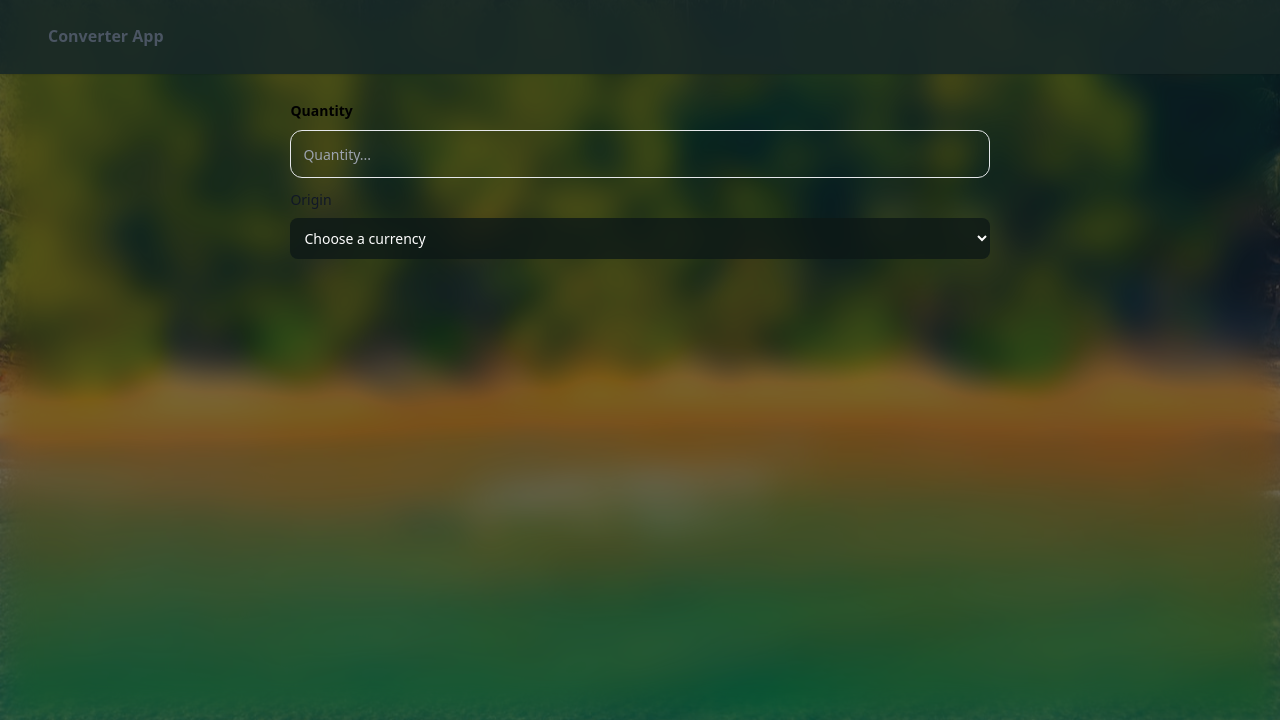
Repository: mikelCabezas/angular-exercices
Page: / (app in converter/)
An editor plug-in stored every save of this project. The page is shown before and after the next save, followed by the edit.
The browser window is 1280 px wide. The pictures show the whole page.
The project was rebuilt for these pictures with package versions that can differ from the ones it lists, and the page was loaded fresh each time. Also part of the build but not shown: converter/angular.json.

Above is the page before, as saved 2023-09-15 18:19:00.

### converter/src/styles.css
@tailwind base;
@tailwind components;
@tailwind utilities;

body {
    background-image: url('./assets/sunset-beach.jpeg');
    background-position: center;
}

### converter/src/app/app.module.ts
import { NgModule } from '@angular/core';
import { BrowserModule } from '@angular/platform-browser';

import { AppComponent } from './app.component';
import { NavbarComponent } from './components/navbar/navbar.component';
import { ConverterComponent } from './components/converter/converter.component';

@NgModule({
  declarations: [
    AppComponent,
    NavbarComponent,
    ConverterComponent
  ],
  imports: [
    BrowserModule
  ],
  providers: [],
  bootstrap: [AppComponent]
})
export class AppModule { }

### converter/src/app/app.component.ts
import { Component } from '@angular/core';

@Component({
  selector: 'app-root',
  templateUrl: './app.component.html',
  styleUrls: ['./app.component.css']
})
export class AppComponent {
  title = 'converter';
}

### converter/src/app/components/converter/converter.component.ts
import { Component } from '@angular/core';

@Component({
  selector: 'app-converter',
  templateUrl: './converter.component.html',
  styleUrls: ['./converter.component.css']
})
export class ConverterComponent {

}

### converter/src/app/app.component.html
<div class="root min-w-screen min-h-screen bg-gray-900Z bg-[#11192890] backdrop-saturate-200 backdrop-blur-lg">
    <app-navbar/>
    <app-converter/>
</div>

### converter/src/app/components/navbar/navbar.component.html
<nav class="shadow bg-[rgba(24,41,39,0.9)] ">
    <div class="container flex items-center  p-6 mx-auto text-gray-600 capitalize dark:text-gray-300">
        <a href="#" class="border-b-2 border-transparent hover:text-gray-800 dark:hover:text-gray-200 hover:border-blue-500 mx-1.5 sm:mx-6 font-bold">
            Converter App
        </a>
    </div>
</nav>

### converter/src/app/components/converter/converter.component.html
<div class="container mx-auto p-6 flex justify-center">
    <div class="row w-3/5">
        <div class="col px-5">
            <div class="mb-3">
                <label for="email" class="text-sm text-navy-700 dark:text-white font-bold">Quantity</label>
                <input type="number" placeholder="Quantity..." class="mt-2 flex h-12 w-full items-center justify-center rounded-xl border bg-white/0 p-3 text-sm outline-none border-gray-200">
            </div>
        </div>
        <div class="col px-5">
            <label for="countries" class="block mb-2 text-sm font-medium text-gray-900 dark:text-gray-400">Origin</label>
            <select id="countries" class=" text-sm rounded-lg focus:ring-blue-500 focus:border-blue-500 block w-full p-2.5 bg-[rgba(13,24,23,0.8)] border-gray-200 placeholder-gray-400 text-white dark:focus:ring-blue-500 dark:focus:border-blue-500">
                <option selected>Choose a currency</option>
                <option value="EUR">Euro</option>
                <option value="USD">US Dollar</option>
                <option value="CHF">Suiss francs</option>
            </select>
        </div>
        <div class="col"></div>
    </div>
</div>

Loaded but not shown: converter/src/index.html (common file); converter/src/main.ts (common file); converter/src/app/components/navbar/navbar.component.ts (common file); converter/tailwind.config.js (common file); converter/src/app/app.component.css (no stored copy; drawn as an empty file); converter/src/app/components/navbar/navbar.component.css (no stored copy; drawn as an empty file); converter/src/app/components/converter/converter.component.css (no stored copy; drawn as an empty file)

After the next save:
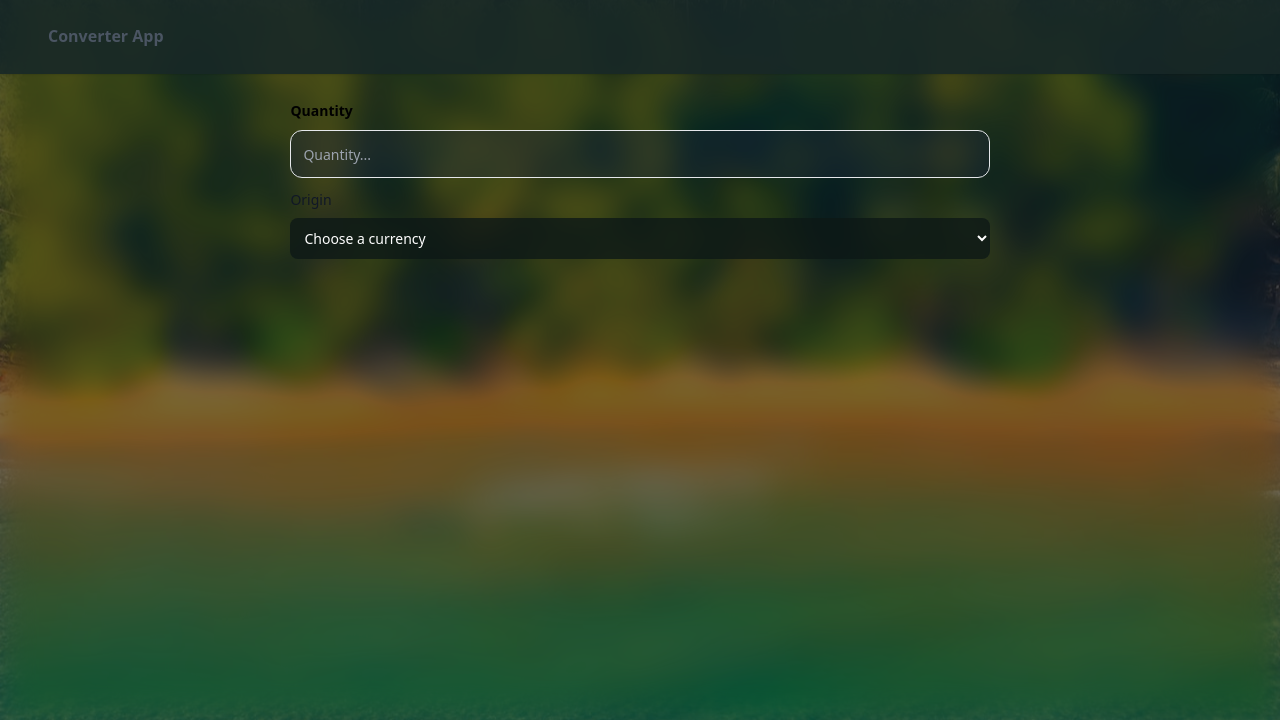
Saved 41 s later.
--- a/converter/src/app/components/converter/converter.component.html
+++ b/converter/src/app/components/converter/converter.component.html
@@ -3,7 +3,7 @@
         <div class="col px-5">
             <div class="mb-3">
                 <label for="email" class="text-sm text-navy-700 dark:text-white font-bold">Quantity</label>
-                <input type="number" placeholder="Quantity..." class="mt-2 flex h-12 w-full items-center justify-center rounded-xl border bg-white/0 p-3 text-sm outline-none border-gray-200">
+                <input type="number" placeholder="Quantity..." class="mt-2 flex h-12 w-full items-center justify-center rounded-xl border bg-slate-800/40 p-3 text-sm outline-none border-gray-200">
             </div>
         </div>
         <div class="col px-5">
